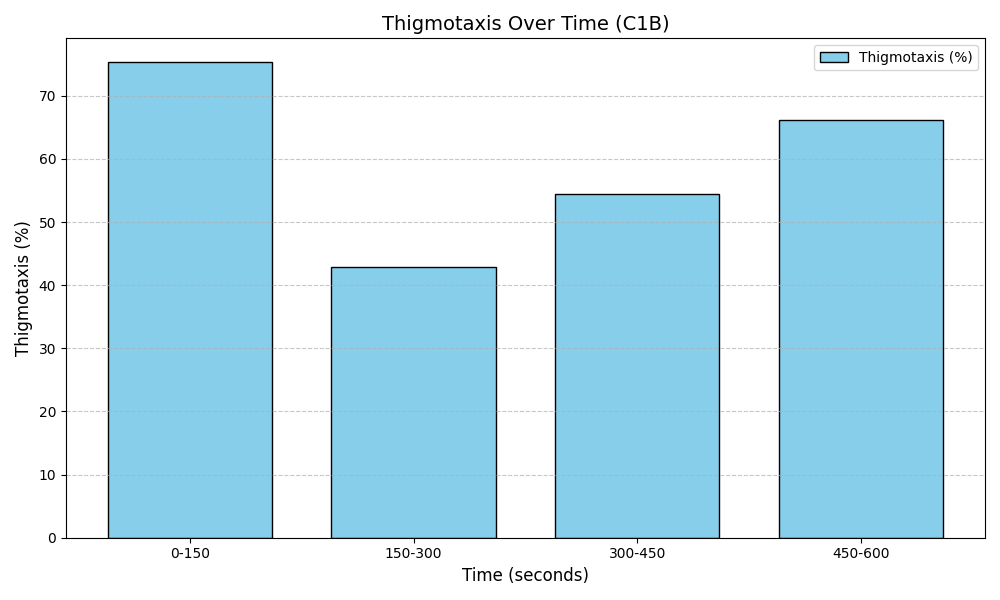
Repository: ZoharBNH5/Behavioral-Testing-Laboratory
Script's output: python bhave_tests.py
These files come from the project's save history. The script's output is drawn as it stood at one moment and after the next save; the edit follows.
Random numbers start from a fixed seed. It also reads C1B_271124_new.mat, C2B_271124_new.mat.

Above is the script's output before, as saved 2024-11-29 13:02:16.

### bhave_tests.py
import numpy as np
import scipy.io


import matplotlib.pyplot as plt
from scipy.io import loadmat
import matplotlib.pyplot



# load data from file
data = loadmat('C1B_271124_new.mat')
mouse_num = "C1B"

print(data.keys())
# Extract grooming start-stop data
grooming_start_stop = data.get('grooming_start_stop', None)
crossing_times = data.get('crossing_times', None)
periphery_times = data.get('periphery_times', None)

if crossing_times is not None and periphery_times is not None and grooming_start_stop is not None:
    # Flatten arrays for processing
    crossing_times = crossing_times.flatten()
    periphery_times = periphery_times.flatten()
    grooming_start_stop = grooming_start_stop.T  # Transpose grooming data for easier handling

# Define bins (2-minute intervals over 10 minutes)
    bin_edges = np.arange(0, 600 + 150, 150)  # Bins of 2 minutes (120 seconds)
    bin_centers = (bin_edges[:-1] + bin_edges[1:]) / 2  # Midpoints for plotting

# Calculate Thigmotaxis per bin
    thigmotaxis_values = []
    for start, end in zip(bin_edges[:-1], bin_edges[1:]):
        # Filter crossing and peripheral crossing within the current bin
        crossings_in_bin = (crossing_times >= start) & (crossing_times < end)
        periphery_in_bin = (periphery_times >= start) & (periphery_times < end)

        total_crossings = np.sum(crossings_in_bin)
        peripheral_crossings = np.sum(periphery_in_bin)

        # Calculate Thigmotaxis for the bin
        thigmotaxis = (peripheral_crossings / total_crossings) * 100 if total_crossings > 0 else 0
        thigmotaxis_values.append(thigmotaxis)

    # Plotting the results
    plt.figure(figsize=(10, 6))
    plt.bar(bin_centers, thigmotaxis_values, width=110, color='skyblue', edgecolor='black', label='Thigmotaxis (%)')
    plt.title(f'Thigmotaxis Over Time ({mouse_num})', fontsize=14)
    plt.xlabel('Time (seconds)', fontsize=12)
    plt.ylabel('Thigmotaxis (%)', fontsize=12)
    plt.xticks(bin_centers, labels=[f'{int(edge)}-{int(edge+150)}' for edge in bin_edges[:-1]])
    plt.grid(axis='y', linestyle='--', alpha=0.7)
    plt.legend()
    plt.tight_layout()
    plt.show()
else:
    print("Required data (crossing_times, periphery_times, or grooming_start_stop) not found in the provided file.")

After the next save:
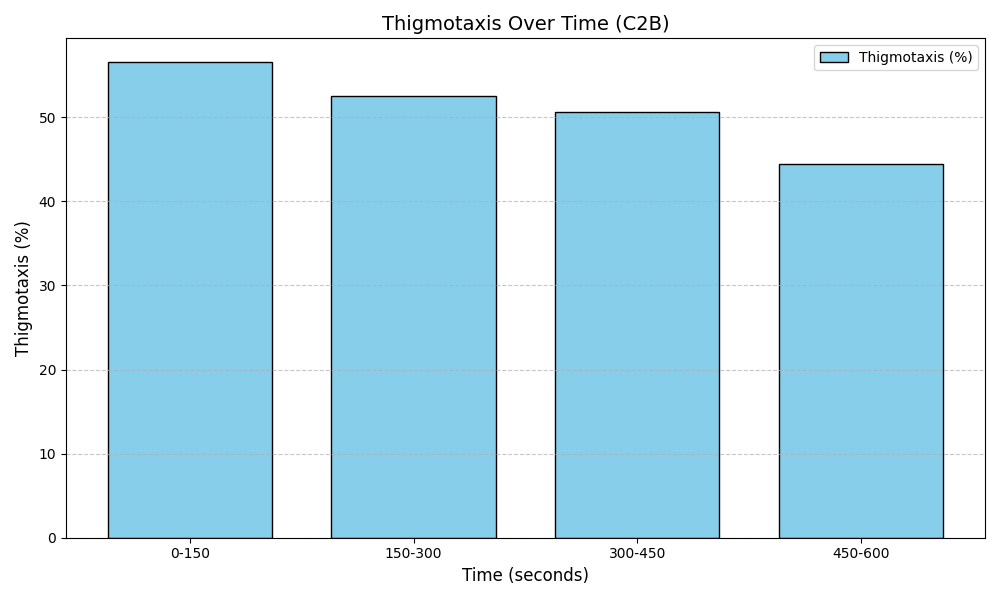
Saved 32 s later.
--- a/bhave_tests.py
+++ b/bhave_tests.py
@@ -9,8 +9,8 @@ import matplotlib.pyplot
 
 
 # load data from file
-data = loadmat('C1B_271124_new.mat')
-mouse_num = "C1B"
+data = loadmat('C2B_271124_new.mat')
+mouse_num = "C2B"
 
 print(data.keys())
 # Extract grooming start-stop data
